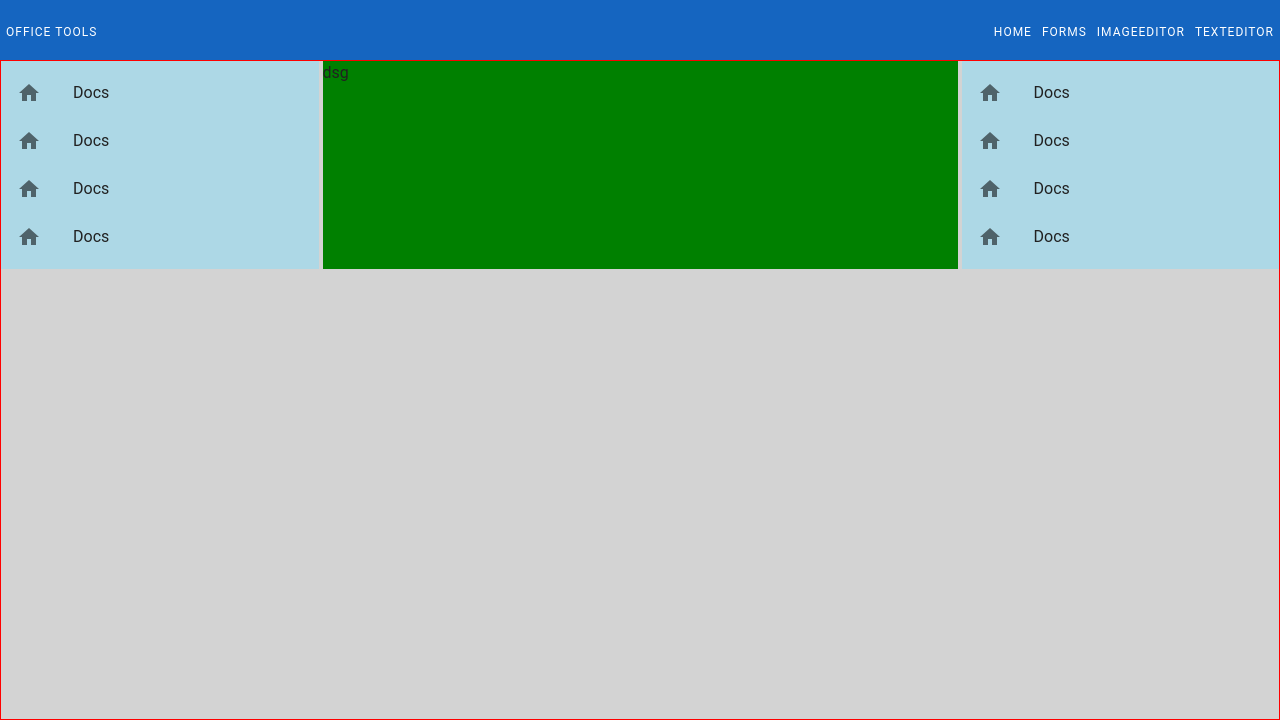
Repository: Vijay-Singh1/office-tools
Page: /form-builder/Create-Form
The author's editor kept a copy of each file at every save. The page is drawn from the files as they stood at one save, then again after the next save.
The browser window is 1280 px wide. The pictures show the whole page.
The project was rebuilt for these pictures with package versions that can differ from the ones it lists, and the page was loaded fresh each time. Also part of the build but not shown: vite.config.ts, src/FormBuilderApp/src/pages/FormBuilderHome.tsx, src/FormBuilderApp/src/pages/OpenForms.tsx, src/App.css, src/components/common/sidebar/Sidebar.tsx, src/ImageEditor/src/pages/ImageEditorHome.tsx, src/ImageEditor/src/pages/CreateImage.tsx, src/DocsEditor/src/pages/DocsEditorHome.tsx and 1 more.

Above is the page before, as saved 2024-09-09 19:44:05.

### index.html
<!doctype html>
<html lang="en">
  <head>
    <meta charset="UTF-8" />
    <link rel="icon" type="image/svg+xml" href="/vite.svg" />
    <meta name="viewport" content="width=device-width, initial-scale=1.0" />
    <title>Office Tools</title>
  </head>
  <body>
    <div id="root"></div>
    <script type="module" src="/src/main.tsx"></script>
  </body>
</html>

### src/main.tsx
import { StrictMode } from 'react'
import { createRoot } from 'react-dom/client'
import App from './App.tsx'
import './index.css'// Import Tailwind CSS
import { ThemeProvider } from '@mui/material/styles';
import CssBaseline from '@mui/material/CssBaseline';
import theme from "./appTheme/appTheme.ts"
import AppRoutes from './routes.js';
createRoot(document.getElementById('root')!).render(
  <StrictMode>
    <ThemeProvider theme={theme}>
    <CssBaseline />
    <AppRoutes />
    </ThemeProvider>
  </StrictMode>,
)

### src/appTheme/appTheme.ts
// src/theme/theme.js

import { createTheme } from '@mui/material/styles';
import { blue,  red, orange, green, grey } from '@mui/material/colors';

const theme = createTheme({
  palette: {
    primary: {
      light: blue[300], // Light shade for hover effects, etc.
      main: blue[600],  // Main primary color
      dark: blue[800],  // Dark shade for contrast
      contrastText: '#ffffff',
    },
    secondary: {
      light: blue[200], // Light blue as a secondary color
      main: blue[400],  // A mid-range blue for secondary actions
      dark: blue[700],  // Darker shade for emphasis
      contrastText: '#ffffff',
    },
    error: {
      main: red[500],
    },
    warning: {
      main: orange[500],
    },
    info: {
      main: blue[300],
    },
    success: {
      main: green[500],
    },
    background: {
      default: '#ffffff',
      paper: blue[50], // Very light blue background for paper components
    },
    text: {
      primary: grey[900],
      secondary: blue[800], // Dark blue text for secondary elements
    },
    action: {
      hover: blue[100], // Light blue on hover
      selected: blue[50], // Even lighter blue when an item is selected
      disabledBackground: blue[50], // Light blue background for disabled items
      disabled: grey[400], // Disabled text color
    },
    divider: blue[100], // Light blue for dividers and borders
  },
  typography: {
    fontFamily: 'Roboto, Arial, sans-serif',
    h1: {
      fontWeight: 700,
      color: blue[800], // Dark blue for headings
    },
    h2: {
      fontWeight: 700,
      color: blue[700], // Slightly lighter for sub-headings
    },
    subtitle1: {
      fontSize: 12,
      letterSpacing : "1px"
    },
  },
  spacing :[0,2,4,6,8,10],
  components: {
    MuiButton: {
      styleOverrides: {
        root: {
          borderRadius: 8,
          '&:hover': {
            backgroundColor: blue[700], // Darker blue on hover
          },
        },
      },
    },
    MuiAppBar: {
      styleOverrides: {
        colorPrimary: {
          backgroundColor: blue[800], // Darker shade for AppBar
        },
      },
    },
    MuiPaper: {
      styleOverrides: {
        root: {
          backgroundColor: blue[50], // Very light blue for paper components
        },
      },
    },
    // Add more component customizations as needed
  },
});

export default theme;

### src/routes.tsx
import React from 'react';
import { createBrowserRouter, RouterProvider } from 'react-router-dom';
import { formBuilderRoutes } from './FormBuilderApp/src/formBuilderRoutes';
import App from './App';
import { imageEditorRoutes } from './ImageEditor/src/ImageEditorRoutes';
import { docsEditorRoutes } from './DocsEditor/src/docsEditorRoutes';

// Combine routes from different modules
const router = createBrowserRouter([
  {
    path: '/',
    element: <App />,
    children: [
      ...formBuilderRoutes,
      ...imageEditorRoutes,
      ...docsEditorRoutes
      // Add other module routes here
    ],
  },
]);

const AppRoutes: React.FC = () => {
  return <RouterProvider router={router} />;
};

export default AppRoutes;

### src/FormBuilderApp/src/formBuilderRoutes.tsx
import React from 'react';
import { RouteObject } from 'react-router-dom';
import FormBuilderHome from './pages/FormBuilderHome';
import CreateForm from './pages/CreateForm';
import OpenForms from './pages/OpenForms';
import FormBuilderMain from './pages/FormBuilderMain';


export const formBuilderRoutes: RouteObject[] = [
  {
    path: 'form-builder',
    element: < FormBuilderMain/>,
    children: [
      {
        path: '/form-builder',
        element: <FormBuilderHome />,
      },
      {
        path: '/form-builder/Create-Form',
        element: <CreateForm />,
      },
      {
        path: '/form-builder/Open-Form',
        element: <OpenForms />,
      },
    ],
  },
];

### src/App.tsx
import { Outlet } from "react-router-dom";
import "./App.css";
import Sidebar from "./components/common/appBar/sidebar/Sidebar";
import { AppBar, Box, IconButton, Stack, Toolbar, Typography,   } from "@mui/material";
import MenuIcon from '@mui/icons-material/Menu';
import Appbar from "./components/common/appBar/Appbar";
const App: React.FC = () => {

  return (

      <Stack direction="column">
    <Appbar/>
      <Box>
        <Outlet />
      </Box>
      </Stack>

  );
};

export default App;

### src/ImageEditor/src/ImageEditorRoutes.tsx
import React from 'react';
import { RouteObject } from 'react-router-dom';
import ImageEditorMain from './pages/ImageEditorMain';
import ImageEditorHome from './pages/ImageEditorHome';
import CreateImage from './pages/CreateImage';


export const imageEditorRoutes: RouteObject[] = [
  {
    path: 'image-editor',
    element: < ImageEditorMain/>,
    children: [
      {
        path: '/image-editor',
        element: <ImageEditorHome />,
      },
      {
        path: '/image-editor/Create-Image',
        element: <CreateImage />,
      },

    ],
  },
];

### src/DocsEditor/src/docsEditorRoutes.tsx
import React from 'react';
import { RouteObject } from 'react-router-dom';
import DocsEditorMain from './pages/DocsEditorMain';
import DocsEditorHome from './pages/DocsEditorHome';
import CreateDocs from './pages/CreateDocs';


export const docsEditorRoutes: RouteObject[] = [
  {
    path: '/docs-editor',
    element: < DocsEditorMain/>,
    children: [
      {
        path: '/docs-editor',
        element: <DocsEditorHome />,
      },
      {
        path: '/docs-editor/Create-docs',
        element: <CreateDocs />,
      },

    ],
  },
];

### src/FormBuilderApp/src/pages/CreateForm.tsx
import { styled } from '@mui/material/styles';
import Box from '@mui/material/Box';
import React from 'react'
import { Stack } from '@mui/material';
import FormSidebar from '../components/sidebar/Sidebar';
import { Home } from '@mui/icons-material';
import CenterComponent from '../components/centerComponent/centerComponent';


const sideBarItem = [
  {
    text :"Docs",
    icon :<Home/>
  },
  {
    text :"Docs",
    icon :<Home/>
  },
  {
    text :"Docs",
    icon :<Home/>
  },
  {
    text :"Docs",
    icon :<Home/>
  },
]
const CreateForm : React.FC = () => {
  return (
    <Box border={"1px solid red"} flex ={1} bgcolor={"lightgray"}   minHeight="calc(100vh - 60px)">
      <Stack direction="row" spacing={2}  justifyContent={"space-between"}>
      <FormSidebar items = {sideBarItem}/>
      <CenterComponent/>
      <FormSidebar items = {sideBarItem}/>
</Stack>
    </Box>
  )
}

export default CreateForm

### src/FormBuilderApp/src/pages/FormBuilderMain.tsx
import { Box, Stack } from '@mui/material'
import { Outlet } from 'react-router-dom'



const FormBuilderMain = () => {
  return (
      <Box width={"100%"} >
        <Stack direction="row" spacing={2}>
            <Outlet />
          </Stack>
          </Box>
  )
}

export default FormBuilderMain

### src/components/common/appBar/Appbar.tsx
import { AppBar, Box, styled, Toolbar, Typography } from '@mui/material'
import React from 'react'
import HomeRepairServiceIcon from '@mui/icons-material/HomeRepairService';
import { NavLink } from 'react-router-dom';

const StyledToolBar = styled(Toolbar)({
    display : "flex",
    justifyContent : "space-between"
})

const NavItems = styled(Box)(({theme}) =>({
    color : theme.palette.primary.contrastText,
    display: "flex",
    // border : "1px solid red",
    gap: theme.spacing(5)
}))

const StyledNavLink = styled(NavLink)(({theme})=>({
    width : "40%",
    color : theme.palette.primary.contrastText,
    textDecoration : "none",


}))

const Appbar = () => {
  return (
    <Box sx={{ flexGrow: 1 }} height={"60px"}>
    <AppBar position='static' >
        <StyledToolBar>
        <Typography variant='subtitle1' sx={{display : {sm : "block", xs : "none"}}}>OFFICE TOOLS</Typography>
            <HomeRepairServiceIcon sx={{display : {sm : "none", xs : "block"}}}/>
            <NavItems>
            <StyledNavLink to="/"><Typography variant='subtitle1'>HOME</Typography> </StyledNavLink>
            <StyledNavLink to="/form-builder"><Typography variant='subtitle1'>FORMS</Typography></StyledNavLink>
            <StyledNavLink to="/image-editor"><Typography variant='subtitle1'>IMAGEEDITOR</Typography></StyledNavLink>
            <StyledNavLink to="/docs-editor"><Typography variant='subtitle1'>TEXTEDITOR</Typography></StyledNavLink>
        </NavItems>
        </StyledToolBar>

    </AppBar>
    </Box>
  )
}

export default Appbar

### src/ImageEditor/src/pages/ImageEditorMain.tsx
import { Home } from '@mui/icons-material'
import { Box, Stack } from '@mui/material'
import React from 'react'
import { Outlet } from 'react-router-dom'
import Sidebar from '../../../components/common/sidebar/Sidebar'


const sideBarItem = [
    {
      text :"ImageEditor",
      icon :<Home/>
    },
    {
      text :"ImageEditor",
      icon :<Home/>
    },
    {
      text :"ImageEditor",
      icon :<Home/>
    },
    {
      text :"ImageEditor",
      icon :<Home/>
    },
  ]
const ImageEditorMain = () => {
  return (
    <Box width={"100%"}>
      <Stack direction="row" spacing={2}>
        <Sidebar items ={sideBarItem}/>
          <Outlet />
        </Stack>
        </Box>
  )
}

export default ImageEditorMain

### src/DocsEditor/src/pages/DocsEditorMain.tsx
import { Box, Stack } from '@mui/material'
import React from 'react'
import Sidebar from '../../../components/common/sidebar/Sidebar'
import { Outlet } from 'react-router-dom'
import { Home } from '@mui/icons-material'


const sideBarItem = [
    {
      text :"Docs",
      icon :<Home/>
    },
    {
      text :"Docs",
      icon :<Home/>
    },
    {
      text :"Docs",
      icon :<Home/>
    },
    {
      text :"Docs",
      icon :<Home/>
    },
  ]
const DocsEditorMain = () => {
  return (
    <Box width={"100%"}>
        <Stack direction="row" spacing={2}>
          <Sidebar items ={sideBarItem}/>
            <Outlet />
          </Stack>
          </Box>
  )
}

export default DocsEditorMain

### src/FormBuilderApp/src/components/sidebar/Sidebar.tsx



import { Box, List, ListItem, ListItemButton, ListItemIcon, ListItemText } from '@mui/material'
import React from 'react'
import { SidebarProps } from '../../../../types';

const FormSidebar:React.FC<SidebarProps> = ({items  }) => {
  return (
    <Box bgcolor="lightBlue" flex={2}>
      <List>
      {items?.map((item) =>(
        <ListItem disablePadding>
          <ListItemButton component = "a" href='/form-builder'>
            <ListItemIcon>
              {item.icon}
            </ListItemIcon>
            <ListItemText >{item.text}</ListItemText>
          </ListItemButton>
        </ListItem>
      ))}
      </List>
    </Box>
  )
}

export default FormSidebar

### src/FormBuilderApp/src/components/centerComponent/centerComponent.jsx
import { Box } from '@mui/material'
import React from 'react'
import FormSidebar from '../sidebar/Sidebar'
import { Home } from '@mui/icons-material'

const sideBarItem = [
    {
      text :"Docs",
      icon :<Home/>
    },
    {
      text :"Docs",
      icon :<Home/>
    },
    {
      text :"Docs",
      icon :<Home/>
    },
  ]
const CenterComponent = () => {
  return (
    <Box flex={4} bgcolor={"green"}>
      dsg
    </Box >
  )
}

export default CenterComponent

### src/FormBuilderApp/src/components/RightBar/RightBar.jsx
import { Box } from '@mui/material'
import React from 'react'

const RightBar = () => {
  return (
    <Box flex={1}>
      Right bar
    </Box>
  )
}

export default RightBar

Loaded but not shown: src/index.css (common file)

After the next save:
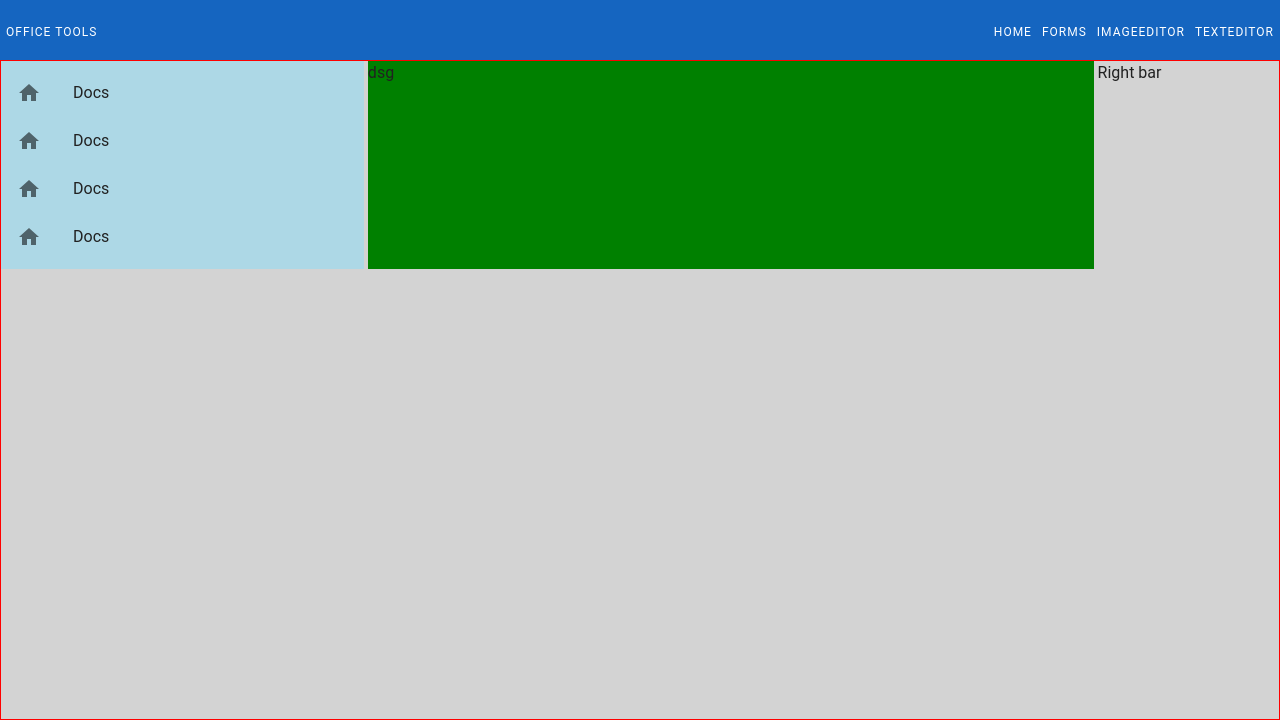
Saved 16 s later.
--- a/src/FormBuilderApp/src/pages/CreateForm.tsx
+++ b/src/FormBuilderApp/src/pages/CreateForm.tsx
@@ -5,6 +5,7 @@ import { Stack } from '@mui/material';
 import FormSidebar from '../components/sidebar/Sidebar';
 import { Home } from '@mui/icons-material';
 import CenterComponent from '../components/centerComponent/centerComponent';
+import RightBar from '../components/RightBar/RightBar';
 
 
 const sideBarItem = [
@@ -31,7 +32,7 @@ const CreateForm : React.FC = () => {
       <Stack direction="row" spacing={2}  justifyContent={"space-between"}>
       <FormSidebar items = {sideBarItem}/>
       <CenterComponent/>
-      <FormSidebar items = {sideBarItem}/>
+      <RightBar/>
 </Stack>
     </Box>
   )
